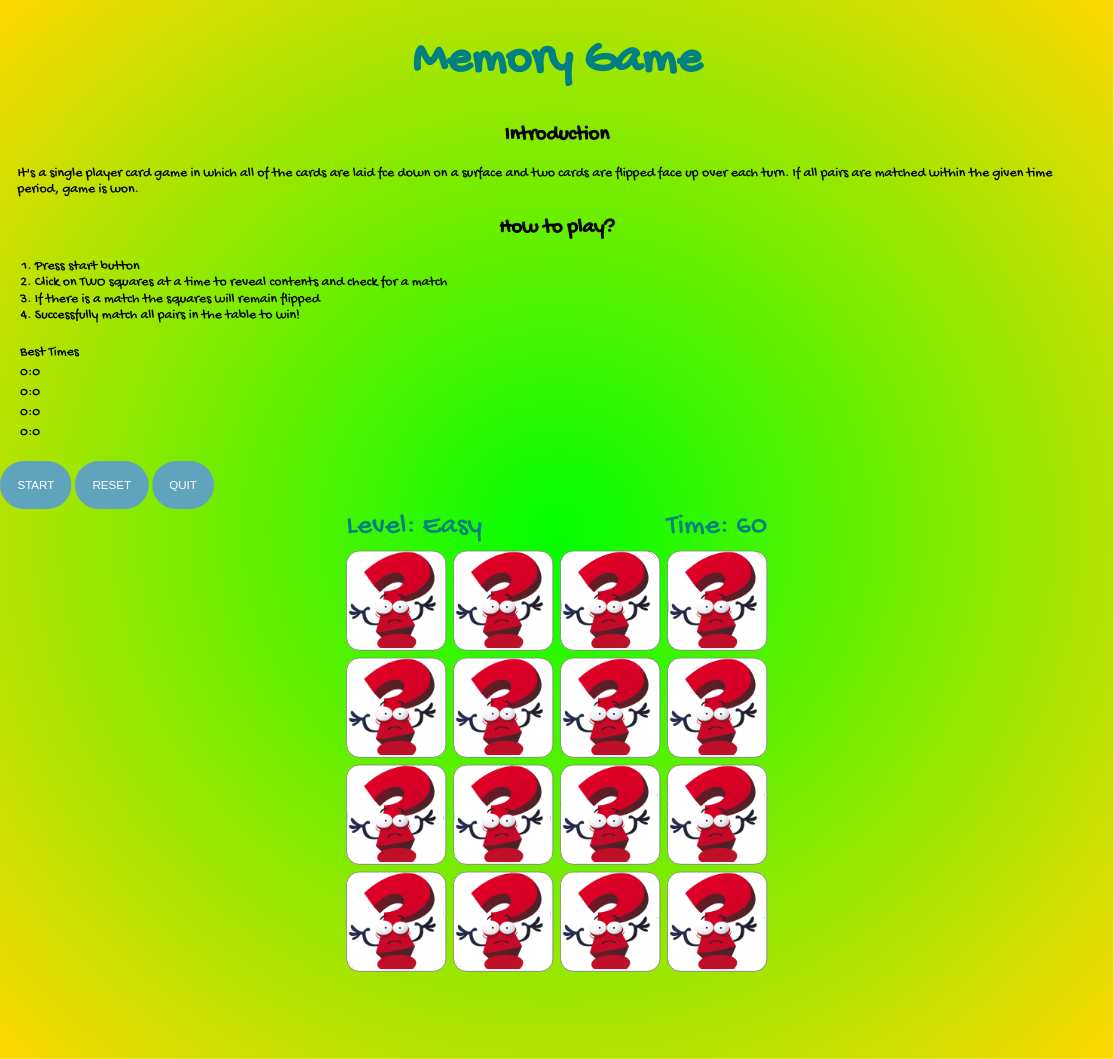
Repository: lauramika/Memory-Game
Page: index.html
The author's editor kept a record of every edit. The page is drawn from the files as they stood at one moment, then again after the next edit.
The browser window is 1280 px wide. The pictures show the whole page, at 87% of full size.

Above is the page before.

### index.html
<!DOCTYPE html>
<html lang = 'en'>
    <head>
        <meta name="viewport" content="width=device-width, initial-scale=1.0">
        <link rel="stylesheet" href="style.css" type="text/css" />
        <title>Memory Game</title>
    </head>
    <body>
        <h1 class="title-game">Memory Game</h1>

        <h2>Introduction</h2>
            <p>It's a single player card game in which all of the cards are
            laid fce down on a surface and two cards are flipped face up over
            each turn. If all pairs are matched within the given time
            period, game is won.</p>
         <div class="how-to-play">
            <h2>How to play?</h2>
              <ol>
                <li>Press start button</li>
                <li>Click on TWO squares at a time to reveal contents and check for a match</li>
                <li>If there is a match the squares will remain flipped </li>
                <li>Successfully match all pairs in the table to win!</li>
              </ol>
          </div>
          <div class="times">
            <table>
              <tr>
                <td class= "title">Best Times</td>
              </tr>
              <tr>
                <td class = "slot">0:0</td>
              </tr>
              <tr>
                <td class = "slot">0:0</td>
              </tr>
              <tr>
                <td class = "slot">0:0</td>
              </tr>
              <tr>
                <td class = "slot">0:0</td>
              </tr>
            </table>
          </div>
        <div>
        <button class="start">Start</button>
        <button class="reset">Reset</button>
        <button class="quit">Quit</button>

        <div class="main-container">
            <div class= "rules-container">
                <div class="level-container">
                    Level: <span id="level">Easy</span>
                </div>
                <div class="time-container">
                    Time: <span id="time-left">60</span>
                </div>
            </div>
            <div class="cards">

                <div class="front-face">
                    <img src="images/camera.png"></img>
                </div>
                 <div class="back-face">
                   <img src="images/question.jpg"></img>
                </div>
            </div>
            <div class="cards">


                <div class="front-face">
                    <img src="images/camera.png"></img>
                </div>
                 <div class="back-face">
                   <img src="images/question.jpg"></img>
                </div>
            </div>
            <div class="cards">

                <div class="front-face">
                    <img src="images/bomb.png"></img>
                </div>
                 <div class="back-face">
                   <img src="images/question.jpg"></img>
                </div>
            </div>
            <div class="cards">

                <div class="front-face">
                    <img src="images/bomb.png"></img>
                </div>
                 <div class="back-face">
                   <img src="images/question.jpg"></img>
                </div>
            </div>
            <div class="cards">

                <div class="front-face">
                    <img src="images/garfield.jpg"></img>
                </div>
                 <div class="back-face">
                   <img src="images/question.jpg"></img>
                </div>
            </div>
            <div class="cards">

                <div class="front-face">
                    <img src="images/garfield.jpg"></img>
                </div>
                 <div class="back-face">
                   <img src="images/question.jpg"></img>
                </div>
            </div>
            <div class="cards">

                <div class="front-face">
                    <img src="images/ladybug.jpg"></img>
                </div>
                 <div class="back-face">
                   <img src="images/question.jpg"></img>
                </div>
            </div>
            <div class="cards">

                <div class="front-face">
                    <img src="images/ladybug.jpg"></img>
                </div>
                 <div class="back-face">
                   <img src="images/question.jpg"></img>
                </div>
            </div>
            <div class="cards">

                <div class="front-face">
                    <img src="images/puppy.jpg"></img>
                </div>
                 <div class="back-face">
                   <img src="images/question.jpg"></img>
                </div>
            </div>
            <div class="cards">

                <div class="front-face">
                    <img src="images/puppy.jpg"></img>
                </div>
                 <div class="back-face">
                   <img src="images/question.jpg"></img>
                </div>
            </div>
            <div class="cards">

                <div class="front-face">
                    <img src="images/star.jpg"></img>
                </div>
                 <div class="back-face">
                   <img src="images/question.jpg"></img>
                </div>
            </div>
            <div class="cards">

                <div class="front-face">
                    <img src="images/star.jpg"></img>
                </div>
                 <div class="back-face">
                   <img src="images/question.jpg"></img>
                </div>
            </div>
            <div class="cards">

                <div class="front-face">
                    <img src="images/frog.jpg"></img>
                </div>
                 <div class="back-face">
                   <img src="images/question.jpg"></img>
                </div>
            </div>
            <div class="cards">

                <div class="front-face">
                    <img src="images/frog.jpg"></img>
                </div>
                 <div class="back-face">
                   <img src="images/question.jpg"></img>
                </div>
            </div>
            <div class="cards">

                <div class="front-face">
                    <img src="images/bananas.jpg"></img>
                </div>
                 <div class="back-face">
                   <img src="images/question.jpg"></img>
                </div>
            </div>
            <div class="cards">

                <div class="front-face">
                    <img src="images/bananas.jpg"></img>
                </div>
                 <div class="back-face">
                   <img src="images/question.jpg"></img>
                </div>
            </div>

        </div>
    </body>
</html>

### style.css
@import url('https://fonts.googleapis.com/css?family=Gochi+Hand&display=swap');
* {
    box-sizing: border-box;
}
html {
    min-height: 100vh;
}
body {
    margin: 0;
    background: radial-gradient(lime, gold);
    font-family: 'Gochi Hand', cursive;
}
h2 {
    text-align: center;
}
p, .times {
    margin: 20px;
}
.title-game {
    color: teal;
    text-align: center;
    font-size: 3.5em;
}

.rules-container {
    grid-column: 1 / -1;
    display: flex;
    justify-content: space-between;
}
.main-container {
    display: grid;
    grid-template-columns: repeat(4, auto);
    grid-gap: 8px;
    justify-content: center;
    margin-bottom: 100px;
    color: teal;
    font-size: 2.1em;
}

.cards {
    background-color: white;
    height: 115px;
    width: 115px;
    border-radius: 15px;
    transition: transform .2s;
    border: 1px solid gray;
    position: relative;
}
.cards:hover {
    transform: scale(1.05);
}

img {
    height: 111px;
    width: 111px;
    border-radius: 15px;
}
.front-face, .back-face {
    position: absolute;
}
.buttons {
    text-align: center;
}
button {
color: #fff !important;
text-transform: uppercase;
text-decoration: none;
background: #60a3bc;
padding: 20px;
border-radius: 50px;
display: inline-block;
border: none;
transition: all 0.4s ease 0s;
}
button: hover {

}

@media screen and (max-width: 800px) {
  .cards{
      height: 95px;
      width: 95px;
  }
  img {
      height: 91px;
      width: 91px;
  }
  .main-container {
      grid-gap: 4px;
  }
  .title-game {
      font-size: 2.5em;
  }
  .main-container {
      font-size: 1.6em;
  }
  }
@media screen and (max-width: 480px) {
  .cards{
      height: 70px;
      width: 70px;
  }
  img {
      height: 66px;
      width: 66px;
  }
  .main-container {
      grid-gap: 1px;
  }
  .title-game {
      font-size: 2em;
  }
  .main-container {
      font-size: 1.2em;
  }
  }

After the next edit:
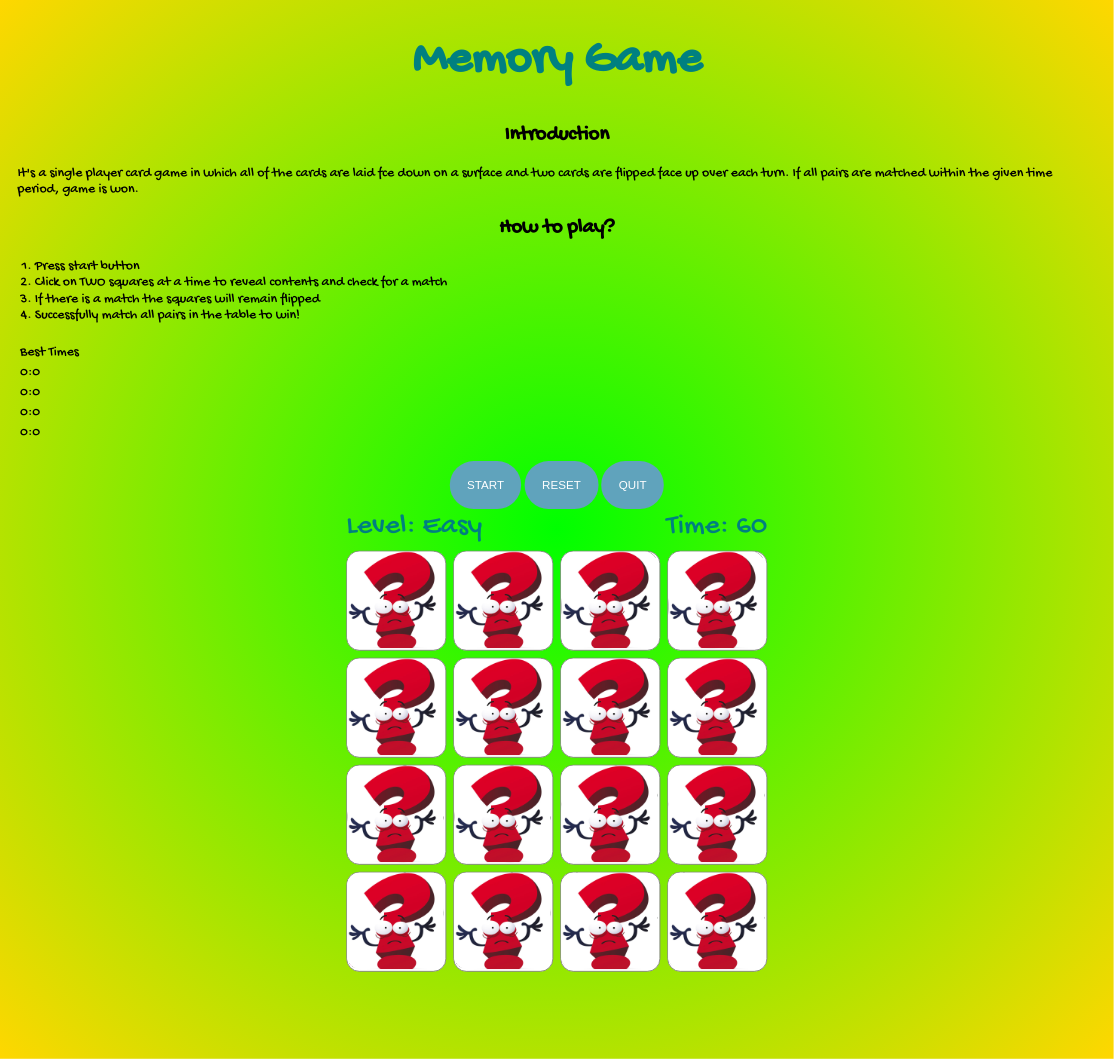
The edit:
--- a/index.html
+++ b/index.html
@@ -41,11 +41,11 @@
               </tr>
             </table>
           </div>
-        <div>
-        <button class="start">Start</button>
-        <button class="reset">Reset</button>
-        <button class="quit">Quit</button>
-
+        <div class="buttons">
+            <button class="start">Start</button>
+            <button class="reset">Reset</button>
+            <button class="quit">Quit</button>
+        </div>
         <div class="main-container">
             <div class= "rules-container">
                 <div class="level-container">
